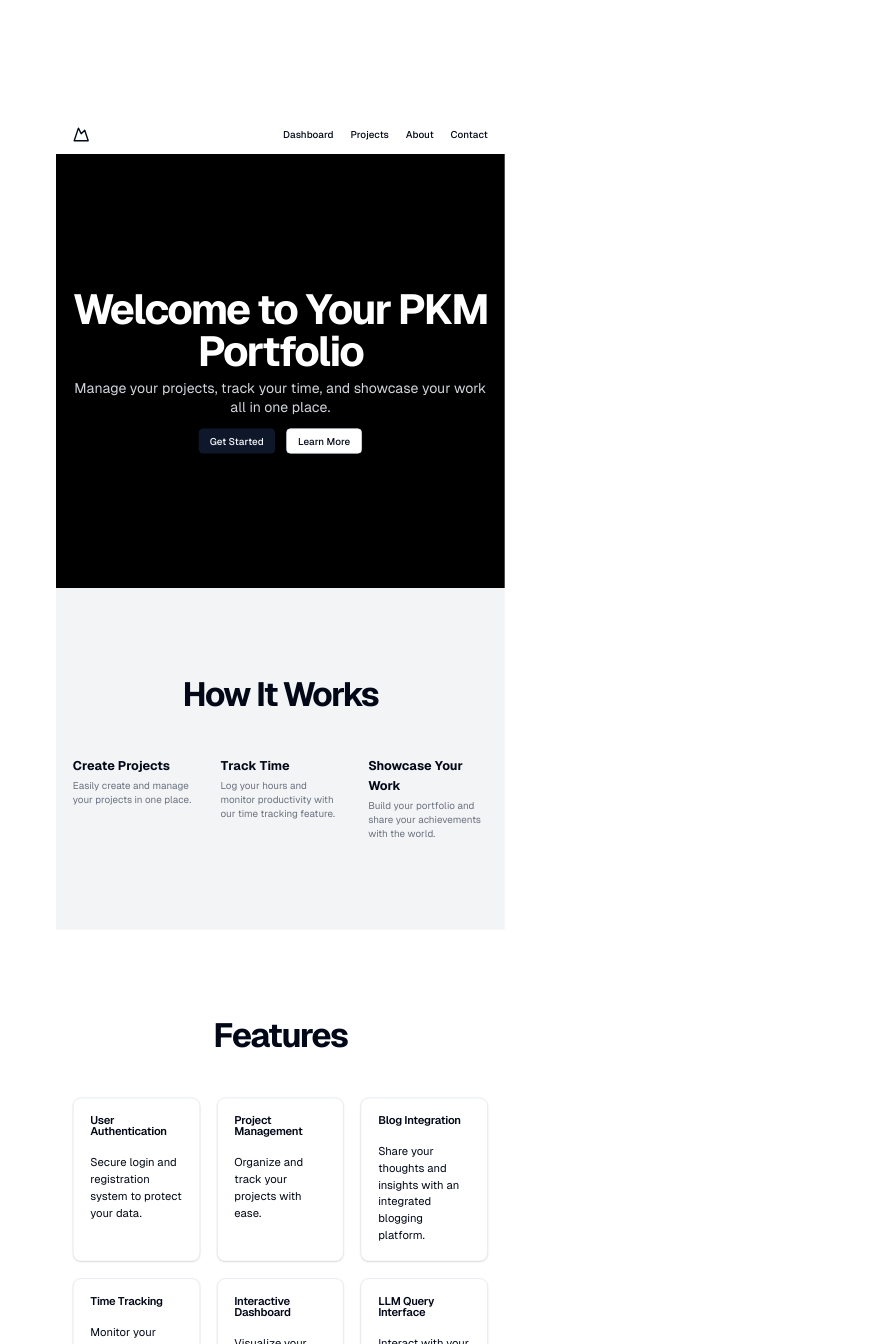
Repository: OriginalLeeDunn/pkm-portfolio
Page: /
An editor plug-in stored every save of this project. The page is shown before and after the next save, followed by the edit.
The browser window is 1280 px wide. The pictures show the part of the page from y = 0 to 1920 px (the page is 3939 px tall before and 3740 px after), at 70% of full size.
The project was rebuilt for these pictures with package versions that can differ from the ones it lists, and the page was loaded fresh each time. The framework's server and built-in components were replaced by stand-ins that run in the browser. Also part of the build but not shown: next.config.mjs.

Above is the page before, as saved 2024-10-16 01:03:28.

### src/app/page.tsx
import Image from "next/image";
import { HomePageComponent } from "@/components/home-page/home-page"
import Header from "@/components/Header";
import Footer  from "@/components/Footer"



export default function Home() {
  return (
    <div className="grid grid-rows-[20px_1fr_20px] items-center justify-items-center min-h-screen p-8 pb-20 gap-16 sm:p-20 font-[family-name:var(--font-geist-sans)]">
      <header className="row-start-3 flex gap-6 flex-wrap items-center justify-center">

      <Header/>

      </header>

      <main className="flex flex-col gap-8 row-start-2 items-center sm:items-start">

      <HomePageComponent/>

      </main>

      <footer className="row-start-3 flex gap-6 flex-wrap items-center justify-center">

      <Footer/>

      </footer>
    </div>
  );
}

### src/components/home-page/home-page.tsx
'use client'

import React from 'react'
import { Button } from "@/components/home-page/ui/button"
import { Card, CardContent, CardDescription, CardHeader, CardTitle } from "@/components/home-page/ui/card"
import { Input } from "@/components/home-page/ui/input"
import { Github, Linkedin, Twitter, Mountain } from "lucide-react"
import Link from "next/link"

export function HomePageComponent() {
  return (
    <div className="flex flex-col min-h-screen">
      <header className="px-4 lg:px-6 h-14 flex items-center">
        <Link className="flex items-center justify-center" href="#">
          <Mountain className="h-6 w-6" />
          <span className="sr-only">PKM Portfolio</span>
        </Link>
        <nav className="ml-auto flex gap-4 sm:gap-6">
          <Link className="text-sm font-medium hover:underline underline-offset-4" href="#">
            Dashboard
          </Link>
          <Link className="text-sm font-medium hover:underline underline-offset-4" href="#">
            Projects
          </Link>
          <Link className="text-sm font-medium hover:underline underline-offset-4" href="#">
            About
          </Link>
          <Link className="text-sm font-medium hover:underline underline-offset-4" href="#">
            Contact
          </Link>
        </nav>
      </header>
      <main className="flex-1">
        <section className="w-full py-12 md:py-24 lg:py-32 xl:py-48 bg-black">
          <div className="container px-4 md:px-6">
            <div className="flex flex-col items-center space-y-4 text-center">
              <div className="space-y-2">
                <h1 className="text-3xl font-bold tracking-tighter sm:text-4xl md:text-5xl lg:text-6xl/none text-white">
                  Welcome to Your PKM Portfolio
                </h1>
                <p className="mx-auto max-w-[700px] text-gray-300 md:text-xl">
                  Manage your projects, track your time, and showcase your work all in one place.
                </p>
              </div>
              <div className="space-x-4">
                <Button>Get Started</Button>
                <Button variant="outline">Learn More</Button>
              </div>
            </div>
          </div>
        </section>
        <section className="w-full py-12 md:py-24 lg:py-32 bg-gray-100">
          <div className="container px-4 md:px-6">
            <h2 className="text-3xl font-bold tracking-tighter sm:text-5xl text-center">How It Works</h2>
            <div className="grid gap-10 sm:grid-cols-2 md:grid-cols-3 mt-16 items-start">
              <div className="grid gap-1">
                <h3 className="text-lg font-bold">Create Projects</h3>
                <p className="text-sm text-gray-500">Easily create and manage your projects in one place.</p>
              </div>
              <div className="grid gap-1">
                <h3 className="text-lg font-bold">Track Time</h3>
                <p className="text-sm text-gray-500">Log your hours and monitor productivity with our time tracking feature.</p>
              </div>
              <div className="grid gap-1">
                <h3 className="text-lg font-bold">Showcase Your Work</h3>
                <p className="text-sm text-gray-500">Build your portfolio and share your achievements with the world.</p>
              </div>
            </div>
          </div>
        </section>
        <section className="w-full py-12 md:py-24 lg:py-32">
          <div className="container px-4 md:px-6">
            <h2 className="text-3xl font-bold tracking-tighter sm:text-5xl text-center mb-16">Features</h2>
            <div className="grid gap-6 lg:grid-cols-3">
              <Card>
                <CardHeader>
                  <CardTitle>User Authentication</CardTitle>
                </CardHeader>
                <CardContent>Secure login and registration system to protect your data.</CardContent>
              </Card>
              <Card>
                <CardHeader>
                  <CardTitle>Project Management</CardTitle>
                </CardHeader>
                <CardContent>Organize and track your projects with ease.</CardContent>
              </Card>
              <Card>
                <CardHeader>
                  <CardTitle>Blog Integration</CardTitle>
                </CardHeader>
                <CardContent>Share your thoughts and insights with an integrated blogging platform.</CardContent>
              </Card>
              <Card>
                <CardHeader>
                  <CardTitle>Time Tracking</CardTitle>
                </CardHeader>
                <CardContent>Monitor your productivity with built-in time tracking tools.</CardContent>
              </Card>
              <Card>
                <CardHeader>
                  <CardTitle>Interactive Dashboard</CardTitle>
                </CardHeader>
                <CardContent>Visualize your progress with charts and statistics.</CardContent>
              </Card>
              <Card>
                <CardHeader>
                  <CardTitle>LLM Query Interface</CardTitle>
                </CardHeader>
                <CardContent>Interact with your data using natural language queries.</CardContent>
              </Card>
            </div>
          </div>
        </section>
        <section className="w-full py-12 md:py-24 lg:py-32 bg-gray-100">
          <div className="container px-4 md:px-6">
            <div className="flex flex-col items-center space-y-4 text-center">
              <div className="space-y-2">
                <h2 className="text-3xl font-bold tracking-tighter sm:text-5xl">Ready to Get Started?</h2>
                <p className="max-w-[600px] text-gray-500 md:text-xl/relaxed lg:text-base/relaxed xl:text-xl/relaxed mx-auto">
                  Join now and take control of your personal knowledge management and portfolio.
                </p>
              </div>
              <Button className="w-[200px]">Explore Dashboard</Button>
            </div>
          </div>
        </section>
        <section className="w-full py-12 md:py-24 lg:py-32">
          <div className="container px-4 md:px-6">
            <h2 className="text-3xl font-bold tracking-tighter sm:text-5xl text-center mb-16">Latest Blog Posts</h2>
            <div className="grid gap-6 lg:grid-cols-3">
              <Card>
                <CardHeader>
                  <CardTitle>Maximizing Productivity with PKM</CardTitle>
                  <CardDescription>Posted on June 1, 2023</CardDescription>
                </CardHeader>
                <CardContent>Learn how to boost your productivity using Personal Knowledge Management techniques.</CardContent>
              </Card>
              <Card>
                <CardHeader>
                  <CardTitle>Building an Effective Digital Portfolio</CardTitle>
                  <CardDescription>Posted on May 15, 2023</CardDescription>
                </CardHeader>
                <CardContent>Tips and tricks for creating a standout digital portfolio to showcase your work.</CardContent>
              </Card>
              <Card>
                <CardHeader>
                  <CardTitle>The Power of Time Tracking</CardTitle>
                  <CardDescription>Posted on May 1, 2023</CardDescription>
                </CardHeader>
                <CardContent>Discover how time tracking can transform your work habits and improve efficiency.</CardContent>
              </Card>
            </div>
          </div>
        </section>
        <section className="w-full py-12 md:py-24 lg:py-32 bg-gray-100">
          <div className="container px-4 md:px-6">
            <div className="flex flex-col items-center space-y-4 text-center">
              <div className="space-y-2">
                <h2 className="text-3xl font-bold tracking-tighter sm:text-5xl">Get in Touch</h2>
                <p className="max-w-[600px] text-gray-500 md:text-xl/relaxed lg:text-base/relaxed xl:text-xl/relaxed mx-auto">
                  Have questions or feedback? We'd love to hear from you.
                </p>
              </div>
              <div className="w-full max-w-sm space-y-2">
                <form className="flex space-x-2">
                  <Input className="max-w-lg flex-1" placeholder="Enter your email" type="email" />
                  <Button type="submit">Subscribe</Button>
                </form>
                <p className="text-xs text-gray-500">
                  By subscribing, you agree to our Terms of Service and Privacy Policy.
                </p>
              </div>
            </div>
          </div>
        </section>
      </main>
      <footer className="flex flex-col gap-2 sm:flex-row py-6 w-full shrink-0 items-center px-4 md:px-6 border-t">
        <p className="text-xs text-gray-500">© 2023 PKM Portfolio. All rights reserved.</p>
        <nav className="sm:ml-auto flex gap-4 sm:gap-6">
          <Link className="text-xs hover:underline underline-offset-4" href="#">
            Terms of Service
          </Link>
          <Link className="text-xs hover:underline underline-offset-4" href="#">
            Privacy
          </Link>
        </nav>
        <div className="flex gap-4">
          <Link className="text-gray-500" href="#">
            <Github className="h-4 w-4" />
            <span className="sr-only">GitHub</span>
          </Link>
          <Link className="text-gray-500" href="#">
            <Linkedin className="h-4 w-4" />
            <span className="sr-only">LinkedIn</span>
          </Link>
          <Link className="text-gray-500" href="#">
            <Twitter className="h-4 w-4" />
            <span className="sr-only">Twitter</span>
          </Link>
        </div>
      </footer>
    </div>
  )
}
export default HomePageComponent;

### src/components/Header.tsx
import Link from 'next/link'
import { Button } from '@/components/home-page/ui/button'

export default function Header() {
  return (
    <header className="w-full py-6 px-4 bg-background">
      <div className="container mx-auto flex justify-between items-center">
        <Link href="/" className="text-2xl font-bold">
          Your Name
        </Link>
        <nav>
          <ul className="flex space-x-4">
            <li><Link href="/projects">Projects</Link></li>
            <li><Link href="/blog">Blog</Link></li>
            <li><Link href="/dashboard">Dashboard</Link></li>
            <li><Button asChild><Link href="/contact">Contact</Link></Button></li>
          </ul>
        </nav>
      </div>
    </header>
  )
}

### src/components/Footer.tsx
import Link from 'next/link'
import { Github, Linkedin, Twitter } from 'lucide-react'

export default function Footer() {
  return (
    <footer className="w-full py-6 px-4 bg-background border-t">
      <div className="container mx-auto flex flex-col md:flex-row justify-between items-center">
        <p className="text-sm text-muted-foreground">© 2023 Your Name. All rights reserved.</p>
        <nav className="mt-4 md:mt-0">
          <ul className="flex space-x-4">
            <li><Link href="#" className="text-muted-foreground hover:text-foreground"><Github size={20} /></Link></li>
            <li><Link href="#" className="text-muted-foreground hover:text-foreground"><Linkedin size={20} /></Link></li>
            <li><Link href="#" className="text-muted-foreground hover:text-foreground"><Twitter size={20} /></Link></li>
          </ul>
        </nav>
      </div>
    </footer>
  )
}

### src/components/home-page/ui/button.tsx
import * as React from "react"
import { Slot } from "@radix-ui/react-slot"
import { cva, type VariantProps } from "class-variance-authority"

import { cn } from "@/lib/utils"

const buttonVariants = cva(
  "inline-flex items-center justify-center whitespace-nowrap rounded-md text-sm font-medium transition-colors focus-visible:outline-none focus-visible:ring-1 focus-visible:ring-ring disabled:pointer-events-none disabled:opacity-50",
  {
    variants: {
      variant: {
        default:
          "bg-primary text-primary-foreground shadow hover:bg-primary/90",
        destructive:
          "bg-destructive text-destructive-foreground shadow-sm hover:bg-destructive/90",
        outline:
          "border border-input bg-background shadow-sm hover:bg-accent hover:text-accent-foreground",
        secondary:
          "bg-secondary text-secondary-foreground shadow-sm hover:bg-secondary/80",
        ghost: "hover:bg-accent hover:text-accent-foreground",
        link: "text-primary underline-offset-4 hover:underline",
      },
      size: {
        default: "h-9 px-4 py-2",
        sm: "h-8 rounded-md px-3 text-xs",
        lg: "h-10 rounded-md px-8",
        icon: "h-9 w-9",
      },
    },
    defaultVariants: {
      variant: "default",
      size: "default",
    },
  }
)

export interface ButtonProps
  extends React.ButtonHTMLAttributes<HTMLButtonElement>,
    VariantProps<typeof buttonVariants> {
  asChild?: boolean
}

const Button = React.forwardRef<HTMLButtonElement, ButtonProps>(
  ({ className, variant, size, asChild = false, ...props }, ref) => {
    const Comp = asChild ? Slot : "button"
    return (
      <Comp
        className={cn(buttonVariants({ variant, size, className }))}
        ref={ref}
        {...props}
      />
    )
  }
)
Button.displayName = "Button"

export { Button, buttonVariants }

### src/components/home-page/ui/card.tsx
import * as React from "react"

import { cn } from "@/lib/utils"

const Card = React.forwardRef<
  HTMLDivElement,
  React.HTMLAttributes<HTMLDivElement>
>(({ className, ...props }, ref) => (
  <div
    ref={ref}
    className={cn(
      "rounded-xl border bg-card text-card-foreground shadow",
      className
    )}
    {...props}
  />
))
Card.displayName = "Card"

const CardHeader = React.forwardRef<
  HTMLDivElement,
  React.HTMLAttributes<HTMLDivElement>
>(({ className, ...props }, ref) => (
  <div
    ref={ref}
    className={cn("flex flex-col space-y-1.5 p-6", className)}
    {...props}
  />
))
CardHeader.displayName = "CardHeader"

const CardTitle = React.forwardRef<
  HTMLParagraphElement,
  React.HTMLAttributes<HTMLHeadingElement>
>(({ className, ...props }, ref) => (
  <h3
    ref={ref}
    className={cn("font-semibold leading-none tracking-tight", className)}
    {...props}
  />
))
CardTitle.displayName = "CardTitle"

const CardDescription = React.forwardRef<
  HTMLParagraphElement,
  React.HTMLAttributes<HTMLParagraphElement>
>(({ className, ...props }, ref) => (
  <p
    ref={ref}
    className={cn("text-sm text-muted-foreground", className)}
    {...props}
  />
))
CardDescription.displayName = "CardDescription"

const CardContent = React.forwardRef<
  HTMLDivElement,
  React.HTMLAttributes<HTMLDivElement>
>(({ className, ...props }, ref) => (
  <div ref={ref} className={cn("p-6 pt-0", className)} {...props} />
))
CardContent.displayName = "CardContent"

const CardFooter = React.forwardRef<
  HTMLDivElement,
  React.HTMLAttributes<HTMLDivElement>
>(({ className, ...props }, ref) => (
  <div
    ref={ref}
    className={cn("flex items-center p-6 pt-0", className)}
    {...props}
  />
))
CardFooter.displayName = "CardFooter"

export { Card, CardHeader, CardFooter, CardTitle, CardDescription, CardContent }

### src/components/home-page/ui/input.tsx
import * as React from "react"

import { cn } from "@/lib/utils"

export interface InputProps
  extends React.InputHTMLAttributes<HTMLInputElement> {}

const Input = React.forwardRef<HTMLInputElement, InputProps>(
  ({ className, type, ...props }, ref) => {
    return (
      <input
        type={type}
        className={cn(
          "flex h-9 w-full rounded-md border border-input bg-transparent px-3 py-1 text-sm shadow-sm transition-colors file:border-0 file:bg-transparent file:text-sm file:font-medium file:text-foreground placeholder:text-muted-foreground focus-visible:outline-none focus-visible:ring-1 focus-visible:ring-ring disabled:cursor-not-allowed disabled:opacity-50",
          className
        )}
        ref={ref}
        {...props}
      />
    )
  }
)
Input.displayName = "Input"

export { Input }

Loaded but not shown: src/app/layout.tsx (common file); src/app/globals.css (common file); src/lib/utils.ts (common file); tailwind.config.ts (common file)

After the next save:
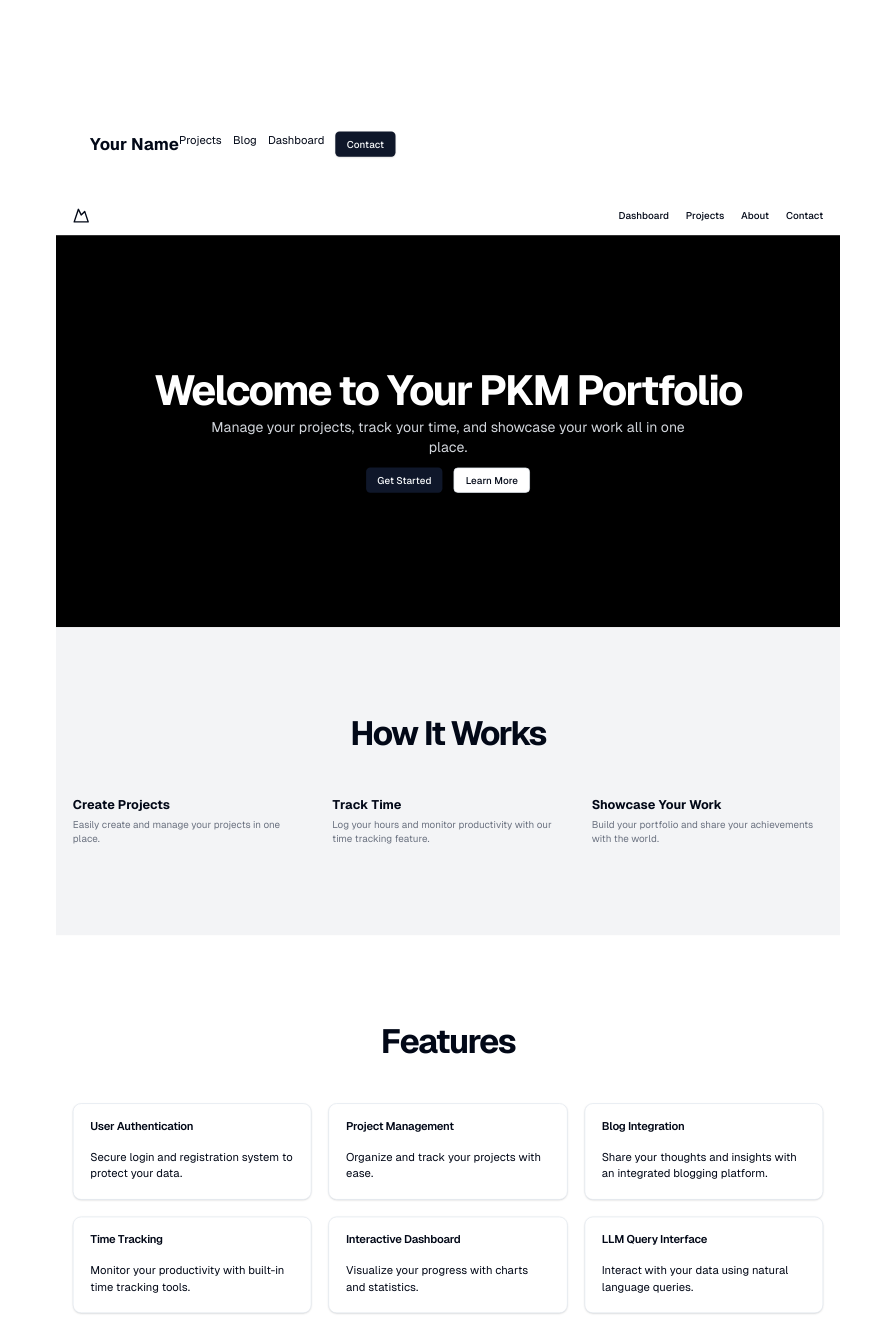
Saved 60 s later.
--- a/src/app/page.tsx
+++ b/src/app/page.tsx
@@ -8,23 +8,27 @@ import Footer  from "@/components/Footer"
 export default function Home() {
   return (
     <div className="grid grid-rows-[20px_1fr_20px] items-center justify-items-center min-h-screen p-8 pb-20 gap-16 sm:p-20 font-[family-name:var(--font-geist-sans)]">
+
+
+      <main className="flex flex-col gap-8 row-start-2 items-center sm:items-start">
+
       <header className="row-start-3 flex gap-6 flex-wrap items-center justify-center">
 
       <Header/>
 
       </header>
 
-      <main className="flex flex-col gap-8 row-start-2 items-center sm:items-start">
-
       <HomePageComponent/>
-
-      </main>
 
       <footer className="row-start-3 flex gap-6 flex-wrap items-center justify-center">
 
       <Footer/>
 
       </footer>
+
+      </main>
+
+
     </div>
   );
 }
